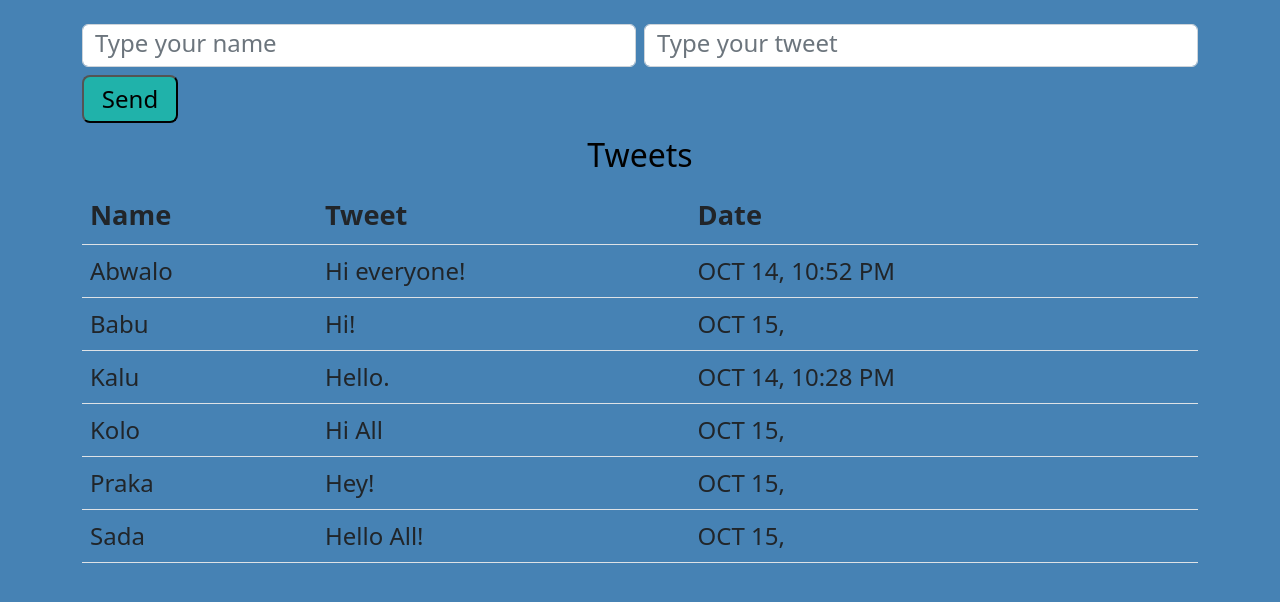
Repository: ShindanoSingi/poor-man-tweeter
Page: http://localhost/
The author's editor kept a copy of each file at every save. The page is drawn from the files as they stood at one save, then again after the next save.
The browser window is 1280 px wide. The pictures show the whole page.
Some web libraries are served in a nearby version. The page is served by the project's application, run on Django 4.2 (poormantweeter/manage.py). The page reads the database file committed with the project.

Above is the page before, as saved 2022-10-14 19:54:36.

After the next save:
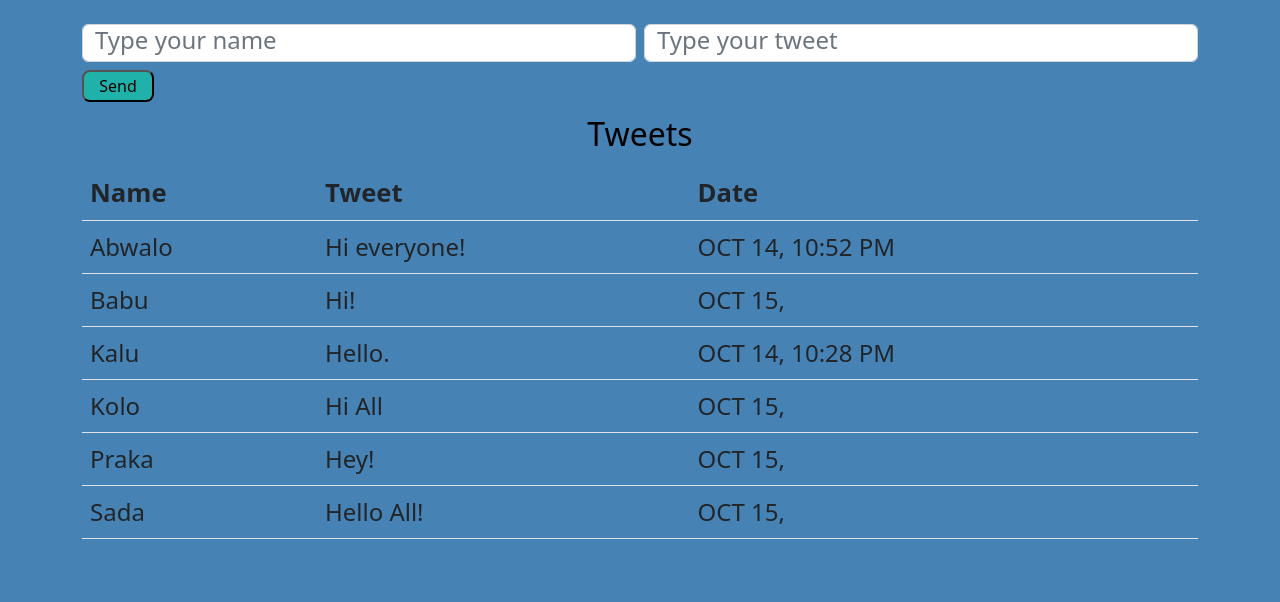
Saved 3 min 37 s later.
--- a/poormantweeter/poormantweeterapp/templates/poormantweeterapp/index.html
+++ b/poormantweeter/poormantweeterapp/templates/poormantweeterapp/index.html
@@ -293,7 +293,8 @@
     font-size: 1.5rem;
   }
 
-  .submit-button{
+  // The send button
+  .send-button{
     width: 6rem;
     height: 3rem;
     border-radius: 0.5rem;
@@ -301,10 +302,12 @@
     font-size: 1.5rem;
   }
 
+  // The place holder text
   input[type='text']{
     font-size: 1.2rem;
   }
 
+  // The input box for tweet
   #body_text::placeholder{
     font-size: 1.5rem;
     background-color
@@ -316,26 +319,29 @@
 
 @media (min-width: 1024px) {
 
+  // Tweet title
   .title{
     font-size: 2rem;
     text-align: center;
     color: black;
   }
 
+  // div containing all element in the body
   .container {
     margin: 0 auto;
   }
 
+  // The header
 th{
   font-size: 1.7rem;
 }
 
-
+// Table data
 td{
   font-size: 1.5rem;
 }
 
-// The send bbutton
+// The send button
 .send-button{
   width: 5rem;
   height: 2.5rem;
